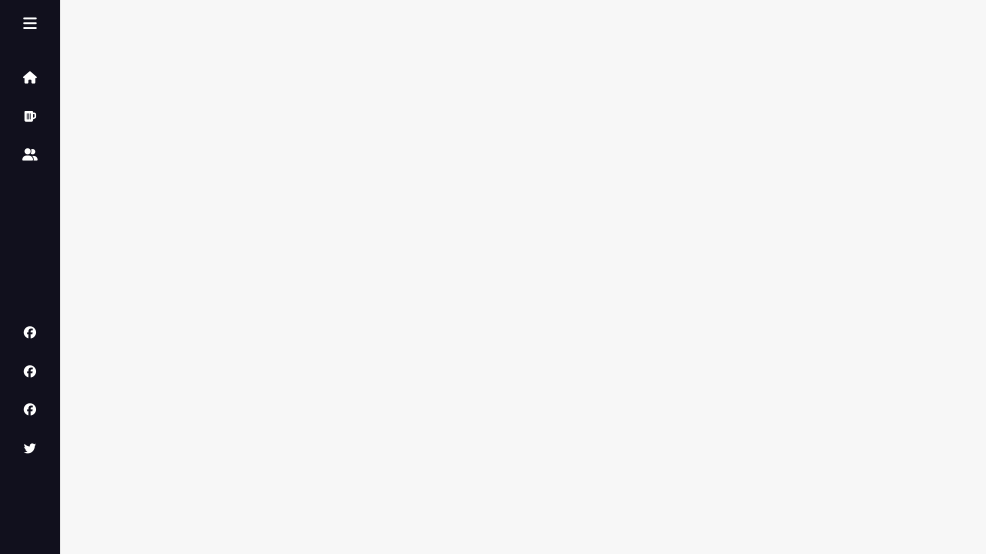
Repository: Nic98/MilkTeaWebsite
Page: mywebsite.html
An editor plug-in stored every save of this project. The page is shown before and after the next save, followed by the edit.
The browser window is 1280 px wide. The pictures show the whole page, at 77% of full size.
Some web libraries are served in a nearby version.

Above is the page before, as saved 2024-05-28 22:59:17.

### mywebsite.html
<!DOCTYPE html>
<html lang="en">
<head>
  <meta charset="UTF-8">
  <meta name="viewport" content="width=device-width, initial-scale=1.0">
  <link rel="stylesheet" href="mywebsite.css">
  <script src="https://kit.fontawesome.com/2dbcf482c2.js" crossorigin="anonymous"></script>
  <!-- <script src="/sidebar.js"></script> -->
  <title>ComeBuyBooze</title>

</head>
<body>

  <!-- sidebar implementation -->
  <div class="sidebar workspace--flexchild1">
    <div class="logo_content">
        <div class="logo">
            <dive class="logo_name"> ComeBuyBooze </dive>
            <i class="fas fa-bars" id="btn"></i>
        </div>
    </div>

    <ul class="nav_list">
        <li>
            <a href="#">
                <i class="fas fa-home"></i>
                <span class="links_name">ComeBack</span>
            </a>
            <span class = "tooltip">ComeBack</span>
        </li>

        <li>
            <a href="#">
              <i class="fa-solid fa-beer-mug-empty"></i>
                <span class="links_name">Boozz</span>
            </a>
            <span class = "tooltip">Boozz</span>
        </li>

        <li>
          <a href="#">
              <i class="fas fa-user-friends"></i>
              <span class="links_name">Contact us</span>
          </a>
          <span class = "tooltip">Contacts us</span>
      </li>
    </ul>

    <ul class="contact_list">
      <li>
        <a href="#">
          <i class="fa-brands fa-facebook"></i>
        </a>
      </li>
      <li>
        <a href="#">
          <i class="fa-brands fa-facebook"></i>
        </a>
      </li>
      <li>
        <a href="#">
          <i class="fa-brands fa-facebook"></i>
        </a>
      </li>
      <li>
        <a href="#">
          <i class="fa-brands fa-twitter"></i>
        </a>
      </li>
    </ul>



</div>














  <script>
    let btn = document.querySelector("#btn");
    let sidebar = document.querySelector(".sidebar");

    btn.onclick = function() {
        sidebar.classList.toggle("active");
    }
  </script>
</body>
</html>

### mywebsite.css
@import url('https://fonts.googleapis.com/css2?family=Poppins:wght@200;300;400;500;600;700&display=swap');

body{
    margin: 0;
    font-family: "Poppins", sans-serif;
}

.flexbox{
    display: flex;
}

.columnflex{
    display: flex;
    flex-direction: column;
    justify-content: center;
}

#btn{
    cursor: pointer;
}

.btn--line{
    border: solid;
    border-width: 1px;
    color: white;
    background: none;
    border-radius: 50px;
    padding: 10px;
    padding-left: 20px;
    padding-right:20px;
    font-size: 18px;
    cursor: pointer;
}

.btn--solid{
    border: solid;
    border-width: 1px;
    border-radius: 50px;
    padding: 10px;
    padding-left: 20px;
    padding-right: 20px;
    font-size: 18px;
    cursor: pointer;
}

.btn--noborder{
    border: none;
    background: none;
}

.font--title{
    font-size: 30px;
}

.font--bold{
    font-weight: bolder;
}

.font--largrsize{
    font-size: 18px;
}

.login--input{
    border: solid 1px gray;
    font-size: 14px;
    padding: 8px;
    padding-left: 14px;
    width: 100%;
    border-radius: 50px;
    margin-top: 20px;
    box-sizing: border-box;
    box-shadow: 1px 1px 1px gray;
}

.btn--solid>*{
    text-decoration: none;
    color: white;
}

.btn--solid>*:hover{
    color: white;
    transition-duration: 0.5s;
}

:root{
  --lightgray: #F7F7F7;
  --darkblue: #032444;
}

*{
  margin:0;
  padding:0;
  box-sizing: border-box;
}

body {
  background-color: #F7F7F7;
  position: relative;
  min-height: 100vh;
  width: 100%;
  overflow:hidden;
}

/* sidebar */

.nav_list {
  padding-inline-start: 0%;
  list-style-type: none;
}

.sidebar {
  height:100%;
  position:absolute;
  top:0;
  left:0;
  width:78px;
  background-color: #11101d;
  padding:6px 14px;
  transition: all 0.5s ease;
}

.sidebar.active{
  width:240px;
}

.sidebar .logo_content .logo {
  color: #fff;
  display: flex;
  height: 50px;
  width: 100%;
  align-items: center;
  transition: all 0.5s ease;

}

.logo_content .logo i {
  font-size: 28px;
  margin-right: 5px;
}

.logo_content .logo .logo_name {
  font-size: 20px;
  font-weight: 400;
}

.sidebar #btn {
  color: #fff;
  position:absolute;
  left: 50%;
  top:6px;
  font-size: 20px;
  height:50px;
  width:50px;
  text-align: center;
  line-height: 50px;
  transform: translateX(-50%);
}

.sidebar.active #btn{
  left: 90%;
}

.sidebar ul {
  margin-top: 20px;

}
.sidebar ul li {
  list-style: none;
  height: 50px;
  width:100%;
  position:relative;
  margin: 0 0px;
  line-height: 50px;
}

.sidebar ul li .tooltip{
  position: absolute;
  left:122px;
  top:10%;
  transform: translate(-50%, -50%);
  text-align: center;
  border-radius: 6px;
  height:35px;
  width:122px;
  background: #fff;
  line-height: 35px;
  box-shadow: 0 5px 10px rgba(0,0,0,0.2);
  transition:0s;
  opacity: 0;
  pointer-events: none;
  z-index: 3000 !important;
}

.sidebar.active ul li .tooltip {
  display:none;
}

.sidebar ul li:hover .tooltip{
  transition: all 0.5s ease;
  opacity: 1;
  top:50%;
  z-index: 3;
}

.sidebar .nav_list li a {
  color: #fff;
  display: flex;
  align-items: center;
  text-decoration: none;
  transition: all 0.4s ease;
  border-radius: 6px;
  height:100%;
  white-space: nowrap;
}

.sidebar .nav_list li a:hover {
  color: #11101d;
  background: #fff;
  padding: 5px;
}

.sidebar .nav_list li i {
  height:50px;
  min-width: 50px;
  border-radius: 12px;
  line-height: 50px;
  text-align: center;
}

.sidebar .links_name{
  opacity: 0;
  pointer-events: none;
  transition: all 0.5s ease;
}

.sidebar.active .links_name {
  opacity: 1;
  pointer-events: auto;
}

.sidebar .logo_name {
  opacity: 0;
  pointer-events: none;
}

.sidebar.active .logo_name {
  opacity: 1;
  pointer-events: auto;
}

/* contact list */

/* .contact_list .links_name{
  opacity: 0;
  pointer-events: none;
  transition: all 0.5s ease;
}

.contact_list.active .links_name {
  opacity: 1;
  pointer-events: auto;
} */

.contact_list {
  padding-top: 250%;
  position: relative;
  top: 30px;
  padding-inline-start: 0%;
  list-style-type: none;
}

.contact_list li i {
  height:50px;
  min-width: 50px;
  line-height: 50px;
  border-radius: 12px;
  text-align: center;
}

.contact_list li a:hover {
  color: #11101d;
  background: #fff;
  /* padding-left:12px; */
}

.contact_list li a {
  color: #fff;
  position: relative;
  display:inline;
  width: 60px;
  height: 60px;
  text-align: center;
  line-height: 63px;
  border-radius: 50%;
  transition: all 0.4s ease;
  white-space: nowrap;
}

.sidebar.active .contact_list li i {
  height:50px;
  min-width: 50px;
  border-radius: 12px;
  line-height: 50px;
  text-align: center;
}

.sidebar.active .contact_list li a:hover {
  color: #11101d;
  background: #fff;
}









































/* .home_content {

  position: absolute;
  height: 100%;
  width: calc(100% - 78px);
  left:78px;
  transition: all 0.5s ease;

}

.home_content .text {
  font-size: 25px;
  font-weight: 500;
  color: #1d1b31;
  margin:12px;
}

.sidebar.active ~ .home_content {
  width: calc(100% - 240px);
  left:240px
} */



/* header

.workspaceheader--container{
  width: 100%;
  height: 50px;
  background-color: white;
  justify-content: space-between;
  padding-left: 18px;
  padding-right: 18px;
  box-shadow: 3px 3px 3px lightgray;



}

.searchbar--container{
  height: inherit;
  width: 40%;
  flex-direction: column;
  justify-content:center;
}

.searchbar--container>*{
  margin: 0;
}

.seachbar{
  max-width: 400px;
  padding: 4px;
  padding-left: 18px;
  box-shadow: none;
  border: solid 1px var(--lightgray);
  background: #FBFBFB;
}

.settingbar--container>*+*{
  margin-left: 16px;
}

.profilepic{
  height: 44px;
  width: 44px;
  border: solid 1px lightgray;
  border-radius: 50%;

}

.fa-moon, .fa-cog, .fa-bell{
  font-size: large;
}

.font--headerrole{
  font-size: small;

}

.headerName{
  margin-left: 22px;
}

.headerrole--container{
  flex-direction: row-reverse;
  justify-content: center;
}

.headerrole--container>*{
  margin: 0 !important;
  color: black;
}

.content-container{

  max-height: 100%;
  padding: 20px;

  width: 100%;
  overflow-y: scroll !important;

}

.content-container>*{
  z-index: 0;
} */

After the next save:
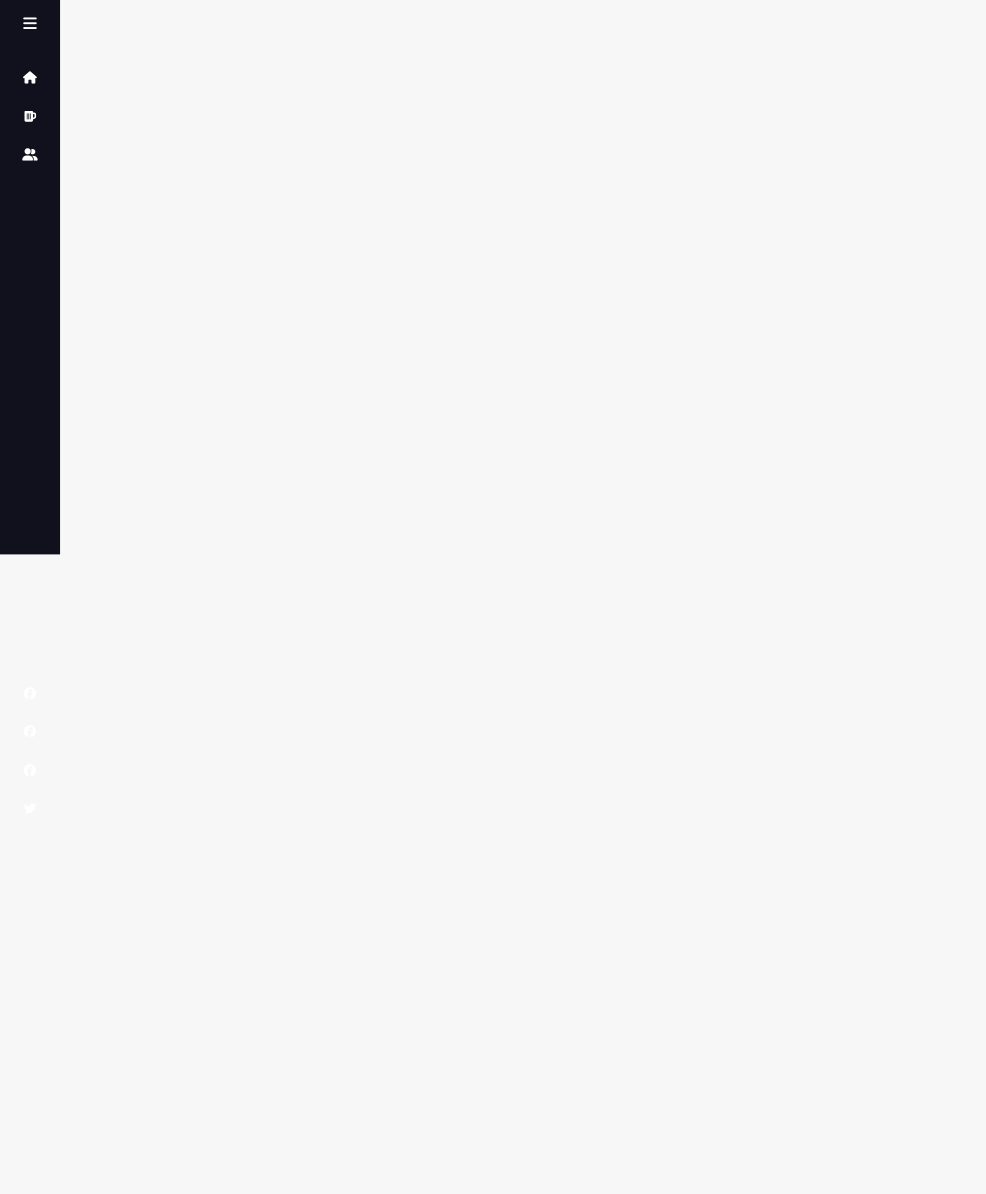
Saved 4 s later.
--- a/mywebsite.css
+++ b/mywebsite.css
@@ -290,7 +290,7 @@
   width: 60px;
   height: 60px;
   text-align: center;
-  line-height: 63px;
+  line-height: 1000px;
   border-radius: 50%;
   transition: all 0.4s ease;
   white-space: nowrap;

After the save that followed:
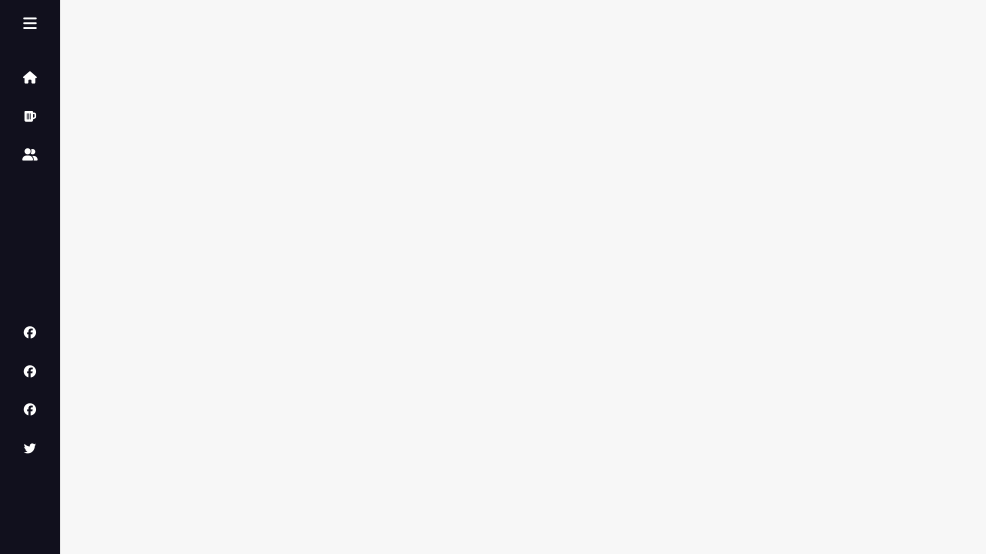
Saved 5 s later.
--- a/mywebsite.css
+++ b/mywebsite.css
@@ -290,7 +290,7 @@
   width: 60px;
   height: 60px;
   text-align: center;
-  line-height: 1000px;
+  line-height: 63px;
   border-radius: 50%;
   transition: all 0.4s ease;
   white-space: nowrap;
